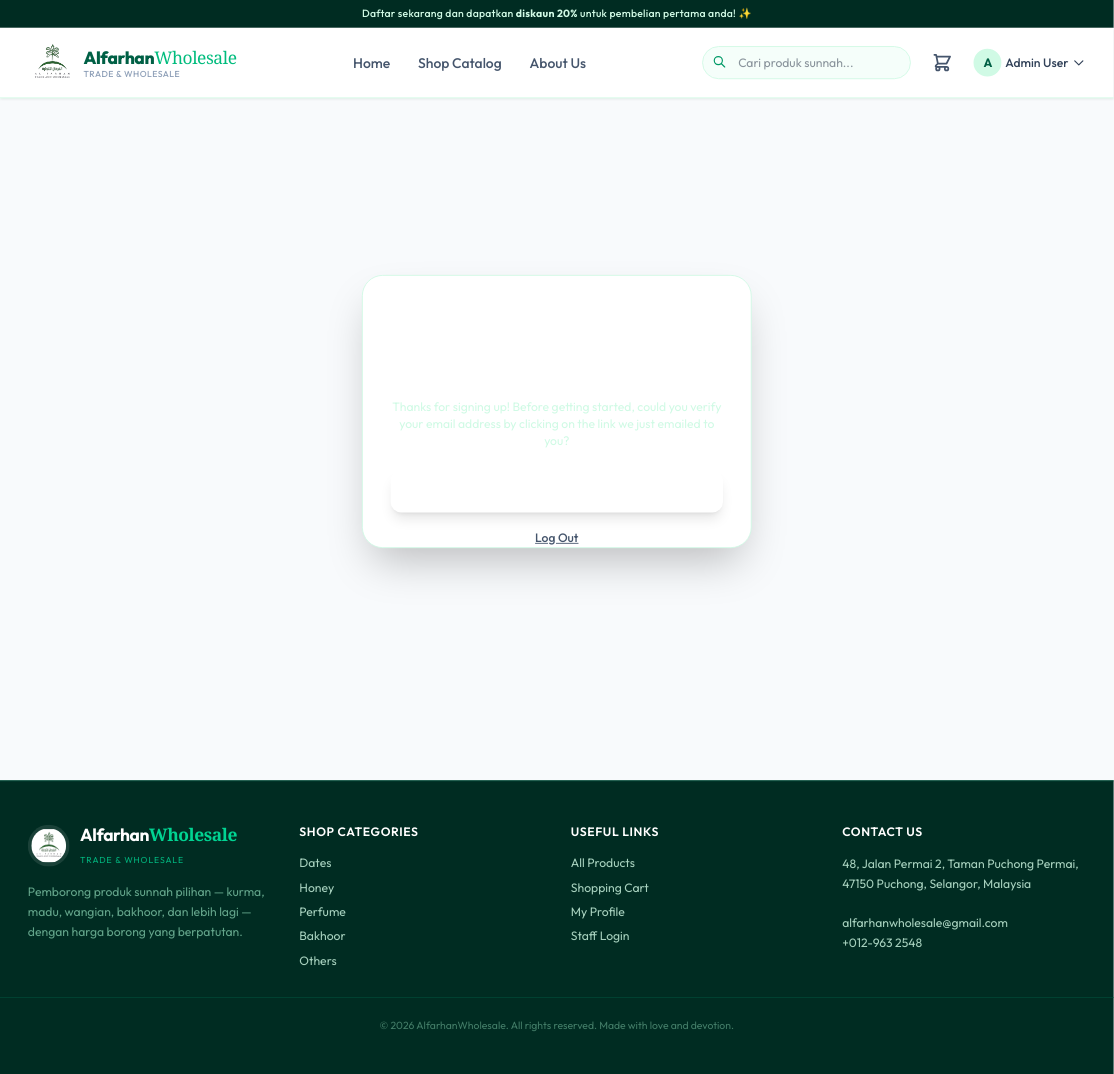
Repository: irfanzihni/alfarhanWholesale-
Page: http://localhost/email/verify
The author's editor kept a copy of each file at every save. The page is drawn from the files as they stood at one save, then again after the next save.
The browser window is 1280 px wide. The pictures show the whole page, at 87% of full size.
Some web fonts or font styles are not loaded; a fallback is used. The page is served by the project's Laravel application, run on PHP 8.4 with Laravel 12. The first stored user is signed in. Other server files are loaded and not shown. The database holds what the project's SQL file puts in it. Queries for data that is not in the repository find no rows.

Above is the page before, as saved 2026-07-09 17:24:46.

### routes/web.php
<?php

use App\Http\Controllers\AdminController;
use App\Http\Controllers\AuthController;
use App\Http\Controllers\CartController;
use App\Http\Controllers\CheckoutController;
use App\Http\Controllers\PaymentController;
use App\Http\Controllers\ProductController;
use Illuminate\Support\Facades\Route;

// Customer Storefront Front-facing Catalog
Route::get('/', [ProductController::class, 'home'])->name('shop.home');
Route::get('/shop', [ProductController::class, 'index'])->name('shop.index');
Route::get('/product/{id}', [ProductController::class, 'show'])->name('shop.show');
Route::get('/about', function () {
    return view('shop.about');
})->name('shop.about');

// Authentication Routes
Route::middleware('guest')->group(function () {
    // Customer Auth
    Route::get('/register', [AuthController::class, 'showRegisterForm'])->name('register');
    Route::post('/register', [AuthController::class, 'register']);
    Route::get('/login', [AuthController::class, 'showLoginForm'])->name('login');
    Route::post('/login', [AuthController::class, 'login']);
    Route::post('/login/google', [AuthController::class, 'loginWithGoogle'])->name('login.google');

    // Forgot Password
    Route::get('/forgot-password', [AuthController::class, 'showForgotPasswordForm'])->name('password.request');
    Route::post('/forgot-password', [AuthController::class, 'sendResetLinkEmail'])->name('password.email');
    Route::get('/reset-password/{token}', [AuthController::class, 'showResetPasswordForm'])->name('password.reset');
    Route::post('/reset-password', [AuthController::class, 'resetPassword'])->name('password.update');

    // Admin Auth Login
    Route::get('/admin/login', [AuthController::class, 'showAdminLoginForm'])->name('admin.login');
    Route::post('/admin/login', [AuthController::class, 'adminLogin']);
});

Route::any('/logout', [AuthController::class, 'logout'])->name('logout');

// Payment gateway webhook (must be outside auth — called by ToyyibPay/Billplz servers)
Route::post('/webhook/payment', [PaymentController::class, 'webhook'])->name('webhook.payment');

// Logged-in Customer Features (Cart, Coupons, Checkout, History)
Route::middleware('auth')->group(function () {
    // Email Verification Notice & Verification Actions
    Route::get('/email/verify', [AuthController::class, 'showVerificationNotice'])->name('verification.notice');
    Route::get('/email/verify/{id}/{hash}', [AuthController::class, 'verifyEmail'])->middleware('signed')->name('verification.verify');
    Route::post('/email/verification-notification', [AuthController::class, 'resendVerificationEmail'])->middleware('throttle:6,1')->name('verification.send');

    // Verified Customer & Administrative Features
    Route::middleware('verified')->group(function () {
        // Shopping Cart
        Route::get('/cart', [CartController::class, 'index'])->name('shop.cart');
        Route::post('/cart/add', [CartController::class, 'add'])->name('cart.add');
        Route::post('/cart/update/{id}', [CartController::class, 'update'])->name('cart.update');
        Route::post('/cart/remove/{id}', [CartController::class, 'remove'])->name('cart.remove');

        // Coupon Actions
        Route::post('/coupon/claim', [CartController::class, 'claimCoupon'])->name('coupon.claim');
        Route::post('/coupon/apply', [CartController::class, 'applyCoupon'])->name('coupon.apply');
        Route::post('/coupon/remove', [CartController::class, 'removeCoupon'])->name('coupon.remove');

        // Checkout
        Route::get('/checkout', [CheckoutController::class, 'index'])->name('checkout.index');
        Route::post('/checkout', [CheckoutController::class, 'store'])->name('checkout.store');
        Route::get('/checkout/success/{id}', [CheckoutController::class, 'success'])->name('checkout.success');

        // Online Banking (FPX) & eWallet payment via local gateway
        Route::get('/checkout/payment', [PaymentController::class, 'checkout'])->name('checkout.payment');
        Route::get('/checkout/payment/status', [PaymentController::class, 'status'])->name('checkout.payment.status');

        // Customer Profile Orders
        Route::get('/orders', [CheckoutController::class, 'orders'])->name('customer.orders');

        // ----------------------------------------------------
        // ADMINISTRATIVE PORTAL (Restricted to Staff Roles)
        // ----------------------------------------------------
        Route::prefix('admin')->group(function () {
            // Dashboard Home page
            Route::get('/dashboard', [AdminController::class, 'dashboard'])->name('admin.dashboard');

            // Admin Role: Product & Variations CRUD
            Route::get('/products', [AdminController::class, 'productList'])->name('admin.products');
            Route::get('/products/create', [AdminController::class, 'productCreate'])->name('admin.products.create');
            Route::post('/products', [AdminController::class, 'productStore'])->name('admin.products.store');
            Route::get('/products/edit/{id}', [AdminController::class, 'productEdit'])->name('admin.products.edit');
            Route::post('/products/update/{id}', [AdminController::class, 'productUpdate'])->name('admin.products.update');
            Route::post('/products/delete/{id}', [AdminController::class, 'productDestroy'])->name('admin.products.delete');

            // Variations CRUD
            Route::post('/products/{productId}/variations', [AdminController::class, 'variationStore'])->name('admin.variations.store');
            Route::post('/variations/delete/{id}', [AdminController::class, 'variationDestroy'])->name('admin.variations.delete');

            // Outdoor Sales Agent: Log Sales
            Route::post('/sales/outdoor', [AdminController::class, 'logOutdoorSale'])->name('admin.sales.outdoor');

            // Purchaser Role: Inventory & Restocking
            Route::get('/inventory', [AdminController::class, 'inventoryList'])->name('admin.inventory');
            Route::post('/inventory/restock', [AdminController::class, 'restock'])->name('admin.inventory.restock');

            // Storekeeper Role: Order Fulfillment
            Route::get('/orders', [AdminController::class, 'orderList'])->name('admin.orders');
            Route::post('/orders/{id}/status', [AdminController::class, 'updateOrderStatus'])->name('admin.orders.status');

            // Reports View
            Route::get('/reports', [AdminController::class, 'reports'])->name('admin.reports');
        });
    });
});

### app/Models/User.php
<?php

namespace App\Models;

use Illuminate\Contracts\Auth\MustVerifyEmail;
use Database\Factories\UserFactory;
use Illuminate\Database\Eloquent\Factories\HasFactory;
use Illuminate\Foundation\Auth\User as Authenticatable;
use Illuminate\Notifications\Notifiable;

class User extends Authenticatable implements MustVerifyEmail
{
    /** @use HasFactory<UserFactory> */
    use HasFactory, Notifiable;

    /**
     * The attributes that are mass assignable.
     *
     * @var list<string>
     */
    protected $fillable = [
        'name',
        'email',
        'password',
    ];

    /**
     * The attributes that should be hidden for serialization.
     *
     * @var list<string>
     */
    protected $hidden = [
        'password',
        'remember_token',
    ];

    /**
     * Get the attributes that should be cast.
     *
     * @return array<string, string>
     */
    protected function casts(): array
    {
        return [
            'email_verified_at' => 'datetime',
            'password' => 'hashed',
        ];
    }
}

### resources/views/auth/verify-email.blade.php
@extends('layouts.app')

@section('content')
<div class="min-h-screen flex items-center justify-center bg-gradient-to-br from-emerald-50 via-white to-teal-50 py-12 px-4 sm:px-6 lg:px-8">
    <div class="max-w-md w-full">
        <div class="bg-white rounded-3xl shadow-2xl overflow-hidden border border-emerald-100">
            <div class="bg-gradient-to-r from-emerald-600 to-teal-600 px-8 py-6">
                <div class="flex items-center justify-center">
                    <div class="bg-white/20 backdrop-blur-sm rounded-full p-3">
                        <svg class="w-8 h-8 text-white" fill="none" stroke="currentColor" viewBox="0 0 24 24">
                            <path stroke-linecap="round" stroke-linejoin="round" stroke-width="2" d="M3 8l7.89 5.26a2 2 0 002.22 0L21 8M5 19h14a2 2 0 002-2V7a2 2 0 00-2-2H5a2 2 0 00-2 2v10a2 2 0 002 2z"></path>
                        </svg>
                    </div>
                </div>
                <h2 class="mt-4 text-center text-3xl font-extrabold text-white tracking-tight">Verify Your Email</h2>
                <p class="mt-2 text-center text-sm text-emerald-100">
                    Thanks for signing up! Before getting started, could you verify your email address by clicking on the link we just emailed to you?
                </p>
            </div>

            <div class="px-8 py-8">
                @if (session('status') == 'verification-link-sent')
                    <div class="mb-6 bg-emerald-50 border-l-4 border-emerald-500 p-4 rounded-r-lg">
                        <div class="flex">
                            <div class="flex-shrink-0">
                                <svg class="h-5 w-5 text-emerald-400" viewBox="0 0 20 20" fill="currentColor">
                                    <path fill-rule="evenodd" d="M10 18a8 8 0 100-16 8 8 0 000 16zm3.707-9.293a1 1 0 00-1.414-1.414L9 10.586 7.707 9.293a1 1 0 00-1.414 1.414l2 2a1 1 0 001.414 0l4-4z" clip-rule="evenodd" />
                                </svg>
                            </div>
                            <div class="ml-3">
                                <p class="text-sm text-emerald-700">A new verification link has been sent to the email address you provided during registration.</p>
                            </div>
                        </div>
                    </div>
                @endif

                <div class="space-y-4">
                    <form action="{{ route('verification.send') }}" method="POST">
                        @csrf
                        <button type="submit"
                                class="w-full bg-gradient-to-r from-emerald-600 to-teal-600 text-white font-bold py-3 px-4 rounded-xl hover:from-emerald-700 hover:to-teal-700 focus:outline-none focus:ring-2 focus:ring-emerald-500 focus:ring-offset-2 transition-all shadow-lg hover:shadow-xl transform hover:-translate-y-0.5">
                            Resend Verification Email
                        </button>
                    </form>

                    <form action="{{ route('logout') }}" method="POST" class="text-center">
                        @csrf
                        <button type="submit" class="text-sm text-slate-600 hover:text-slate-800 underline font-medium transition-colors">
                            Log Out
                        </button>
                    </form>
                </div>
            </div>
        </div>
    </div>
</div>
@endsection

### app/Models/CartItem.php
<?php

namespace App\Models;

use Illuminate\Database\Eloquent\Model;
use Illuminate\Database\Eloquent\Relations\BelongsTo;

class CartItem extends Model
{
    protected $fillable = [
        'user_id',
        'product_id',
        'product_variation_id',
        'quantity',
    ];

    public function user(): BelongsTo
    {
        return $this->belongsTo(User::class);
    }

    public function product(): BelongsTo
    {
        return $this->belongsTo(Product::class);
    }

    public function variation(): BelongsTo
    {
        return $this->belongsTo(ProductVariation::class, 'product_variation_id');
    }

    /**
     * Get the active unit price of the item
     */
    public function getUnitPriceAttribute(): float
    {
        if ($this->product_variation_id && $this->variation) {
            return $this->variation->active_price;
        }
        return $this->product->active_price;
    }

    /**
     * Get the subtotal for this cart item line
     */
    public function getSubtotalAttribute(): float
    {
        return $this->unit_price * $this->quantity;
    }
}

### database/database.sql (the tables this page reads)
CREATE TABLE `users` (
  `id` bigint(20) unsigned NOT NULL AUTO_INCREMENT,
  `name` varchar(255) NOT NULL,
  `email` varchar(255) NOT NULL,
  `email_verified_at` timestamp NULL DEFAULT NULL,
  `password` varchar(255) NOT NULL,
  `role` varchar(255) NOT NULL DEFAULT 'customer',
  `remember_token` varchar(100) DEFAULT NULL,
  `created_at` timestamp NULL DEFAULT NULL,
  `updated_at` timestamp NULL DEFAULT NULL,
  PRIMARY KEY (`id`),
  UNIQUE KEY `users_email_unique` (`email`)
) ENGINE=InnoDB DEFAULT CHARSET=utf8mb4 COLLATE=utf8mb4_unicode_ci;

INSERT INTO `users` (`id`, `name`, `email`, `email_verified_at`, `password`, `role`, `remember_token`, `created_at`, `updated_at`) VALUES
(1, 'Admin User', 'admin@ecomm.com', NULL, '$2y$12$8NCY/OUMiMU1qqykmpyJu.pa0AOv6IM0cm1lSIOOYQqmBCi2YdRfG', 'admin', NULL, '2026-06-17 03:50:29', '2026-06-17 03:50:29'),
(2, 'Outdoor Sales Agent', 'sales@ecomm.com', NULL, '$2y$12$DzUD2BqWzNNafMO2Inra3elQGFpSylTh8wCafMyndQ1jBVkPjevaq', 'outdoor_sales', NULL, '2026-06-17 03:50:29', '2026-06-17 03:50:29'),
(3, 'Inventory Purchaser', 'purchaser@ecomm.com', NULL, '$2y$12$SgWJOxuDQdgz3fQqYH9XDOuvEkfFeELUyHFeX/RZadxtzwL7OmWKK', 'purchaser', NULL, '2026-06-17 03:50:29', '2026-06-17 03:50:29'),
(4, 'Storekeeper Keeper', 'storekeeper@ecomm.com', NULL, '$2y$12$JVYOJD45LVH.IJFbkpTYf.C.CTy48LjvmA2BhqT6LNYtDnKe662Ii', 'storekeeper', NULL, '2026-06-17 03:50:29', '2026-06-17 03:50:29'),
(5, 'John Customer', 'customer@ecomm.com', NULL, '$2y$12$WJZEkmirr3WRc9Vpu3X/peDYbhbmThPv3WfkNAB9CckZPH/QDB/ue', 'customer', NULL, '2026-06-17 03:50:29', '2026-06-17 03:50:29'),
(6, 'Irfan Zihni', 'irfanzabidi12@gmail.com', NULL, '$2y$12$Nrom1CIQaDVJ/bCBUk1paua.yMVZR0WRai2nzqdwn8PS36NDbofdO', 'customer', NULL, '2026-06-17 04:06:43', '2026-06-17 04:06:43');

Loaded but not shown: app/Http/Controllers/Controller.php (common file); resources/views/layouts/app.blade.php (290 lines, source omitted); app/Http/Controllers/AuthController.php (263 lines, source omitted)

After the next save:
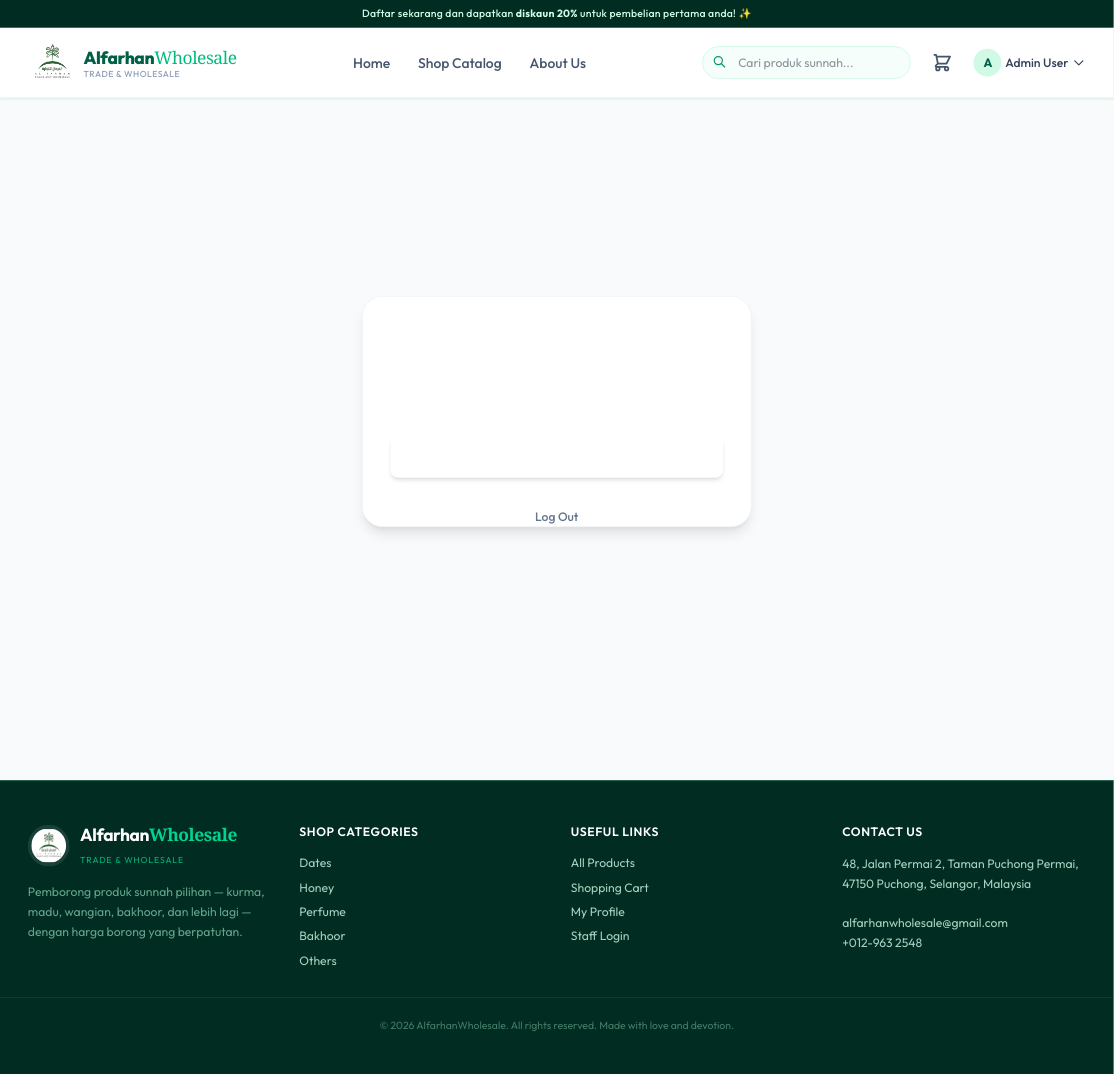
Saved 40 h 40 min later.
--- a/resources/views/auth/verify-email.blade.php
+++ b/resources/views/auth/verify-email.blade.php
@@ -1,36 +1,29 @@
 @extends('layouts.app')
 
 @section('content')
-<div class="min-h-screen flex items-center justify-center bg-gradient-to-br from-emerald-50 via-white to-teal-50 py-12 px-4 sm:px-6 lg:px-8">
+<div class="min-h-screen flex items-center justify-center bg-slate-50 py-12 px-4">
     <div class="max-w-md w-full">
-        <div class="bg-white rounded-3xl shadow-2xl overflow-hidden border border-emerald-100">
-            <div class="bg-gradient-to-r from-emerald-600 to-teal-600 px-8 py-6">
-                <div class="flex items-center justify-center">
-                    <div class="bg-white/20 backdrop-blur-sm rounded-full p-3">
-                        <svg class="w-8 h-8 text-white" fill="none" stroke="currentColor" viewBox="0 0 24 24">
-                            <path stroke-linecap="round" stroke-linejoin="round" stroke-width="2" d="M3 8l7.89 5.26a2 2 0 002.22 0L21 8M5 19h14a2 2 0 002-2V7a2 2 0 00-2-2H5a2 2 0 00-2 2v10a2 2 0 002 2z"></path>
-                        </svg>
-                    </div>
+        <!-- Main Card -->
+        <div class="bg-white rounded-3xl shadow-lg overflow-hidden border border-slate-100">
+
+            <!-- Header Section (Matching Login Page) -->
+            <div class="bg-[#049372] px-8 pt-10 pb-8 text-center text-white">
+                <div class="inline-flex items-center justify-center p-4 bg-white/10 rounded-full mb-4">
+                    <svg class="w-8 h-8" fill="none" stroke="currentColor" viewBox="0 0 24 24">
+                        <path stroke-linecap="round" stroke-linejoin="round" stroke-width="2" d="M3 8l7.89 5.26a2 2 0 002.22 0L21 8M5 19h14a2 2 0 002-2V7a2 2 0 00-2-2H5a2 2 0 00-2 2v10a2 2 0 002 2z"></path>
+                    </svg>
                 </div>
-                <h2 class="mt-4 text-center text-3xl font-extrabold text-white tracking-tight">Verify Your Email</h2>
-                <p class="mt-2 text-center text-sm text-emerald-100">
-                    Thanks for signing up! Before getting started, could you verify your email address by clicking on the link we just emailed to you?
+                <h2 class="text-2xl font-bold">Verify Your Email</h2>
+                <p class="text-emerald-50 text-sm mt-2 opacity-90">
+                    Thanks for signing up! Please verify your email address by clicking the link we just sent you.
                 </p>
             </div>
 
+            <!-- Form Body -->
             <div class="px-8 py-8">
                 @if (session('status') == 'verification-link-sent')
-                    <div class="mb-6 bg-emerald-50 border-l-4 border-emerald-500 p-4 rounded-r-lg">
-                        <div class="flex">
-                            <div class="flex-shrink-0">
-                                <svg class="h-5 w-5 text-emerald-400" viewBox="0 0 20 20" fill="currentColor">
-                                    <path fill-rule="evenodd" d="M10 18a8 8 0 100-16 8 8 0 000 16zm3.707-9.293a1 1 0 00-1.414-1.414L9 10.586 7.707 9.293a1 1 0 00-1.414 1.414l2 2a1 1 0 001.414 0l4-4z" clip-rule="evenodd" />
-                                </svg>
-                            </div>
-                            <div class="ml-3">
-                                <p class="text-sm text-emerald-700">A new verification link has been sent to the email address you provided during registration.</p>
-                            </div>
-                        </div>
+                    <div class="mb-6 p-4 bg-emerald-50 text-emerald-700 rounded-lg border border-emerald-200 text-sm">
+                        A new verification link has been sent to your email address.
                     </div>
                 @endif
 
@@ -38,14 +31,14 @@
                     <form action="{{ route('verification.send') }}" method="POST">
                         @csrf
                         <button type="submit"
-                                class="w-full bg-gradient-to-r from-emerald-600 to-teal-600 text-white font-bold py-3 px-4 rounded-xl hover:from-emerald-700 hover:to-teal-700 focus:outline-none focus:ring-2 focus:ring-emerald-500 focus:ring-offset-2 transition-all shadow-lg hover:shadow-xl transform hover:-translate-y-0.5">
+                                class="w-full bg-[#049372] text-white font-bold py-3 px-4 rounded-lg hover:bg-[#037a5e] transition-colors shadow-md">
                             Resend Verification Email
                         </button>
                     </form>
 
-                    <form action="{{ route('logout') }}" method="POST" class="text-center">
+                    <form action="{{ route('logout') }}" method="POST" class="text-center pt-4">
                         @csrf
-                        <button type="submit" class="text-sm text-slate-600 hover:text-slate-800 underline font-medium transition-colors">
+                        <button type="submit" class="text-sm text-slate-500 hover:text-slate-800 font-medium transition-colors">
                             Log Out
                         </button>
                     </form>
